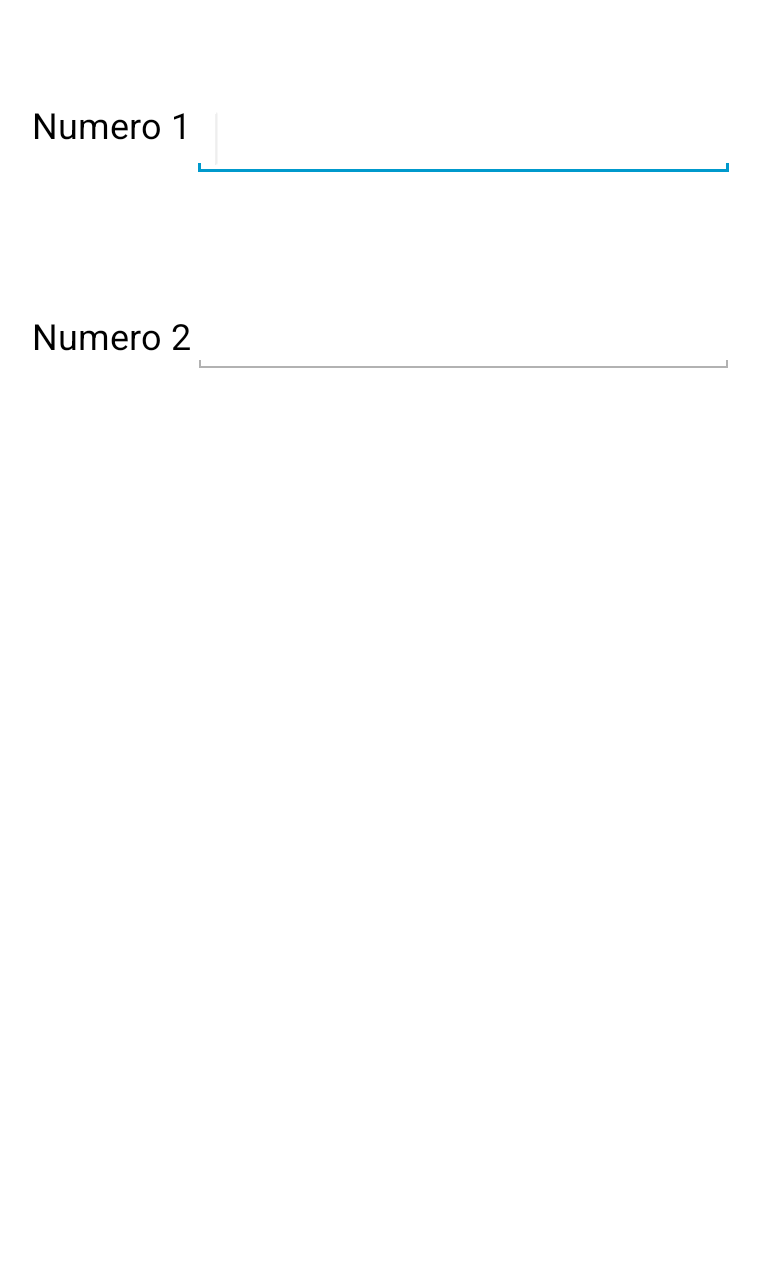
Repository: evervasquez/CursoAndroid
Layout: Precalculadora/res/layout/fragment_main.xml
The author's editor kept a copy of each file at every save. The layout is drawn from the files as they stood at one save, then again after the next save.
It is drawn on a 768 x 1280 px phone screen (xhdpi) without system bars, with theme AppTheme; the app's code is not run.

Above is the layout before, as saved 2014-04-29 03:29:11.

### Precalculadora/res/layout/fragment_main.xml
<LinearLayout xmlns:android="http://schemas.android.com/apk/res/android"
    xmlns:tools="http://schemas.android.com/tools"
    android:layout_width="match_parent"
    android:layout_height="match_parent"
    android:paddingBottom="@dimen/activity_vertical_margin"
    android:paddingLeft="@dimen/activity_horizontal_margin"
    android:paddingRight="@dimen/activity_horizontal_margin"
    android:paddingTop="@dimen/activity_vertical_margin"
    android:orientation="vertical"
    tools:context="com.android.precalculadora.MainActivity$PlaceholderFragment" >

    <RelativeLayout
        android:id="@+id/liner1"
        android:layout_width="fill_parent"
        android:layout_height="0dp"
        android:layout_weight="1"
        android:orientation="horizontal" >

        <EditText
            android:id="@+id/editText1"
            android:layout_width="wrap_content"
            android:layout_height="wrap_content"
            android:layout_alignParentRight="true"
            android:layout_alignTop="@+id/textView1"
            android:layout_toRightOf="@+id/textView1"
            android:ems="10"
            android:inputType="numberDecimal" >

            <requestFocus />
        </EditText>

        <TextView
            android:id="@+id/textView1"
            android:layout_width="wrap_content"
            android:layout_height="wrap_content"
            android:layout_alignParentLeft="true"
            android:layout_alignParentTop="true"
            android:layout_marginTop="34dp"
            android:text="@string/txt_num1"
            android:textAppearance="?android:attr/textAppearanceMedium" />

        <TextView
            android:id="@+id/textView2"
            android:layout_width="wrap_content"
            android:layout_height="wrap_content"
            android:layout_alignParentLeft="true"
            android:layout_centerVertical="true"
            android:text="@string/txt_num2"
            android:textAppearance="?android:attr/textAppearanceMedium" />

        <EditText
            android:id="@+id/editText2"
            android:layout_width="wrap_content"
            android:layout_height="wrap_content"
            android:layout_alignBaseline="@+id/textView2"
            android:layout_alignBottom="@+id/textView2"
            android:layout_alignLeft="@+id/editText1"
            android:layout_alignParentRight="true"
            android:ems="10"
            android:inputType="numberDecimal" />

    </RelativeLayout>

	<LinearLayout
	    android:id="@+id/liner2"
        android:layout_width="fill_parent"
        android:layout_height="0dp"
        android:layout_weight="1"
        android:orientation="vertical" >

		<TableLayout
		    android:id="@+id/table1"
		    android:layout_width="match_parent"
		    android:layout_height="match_parent" >

		</TableLayout>

    </LinearLayout>
</LinearLayout>

### Precalculadora/res/values/strings.xml
<?xml version="1.0" encoding="utf-8"?>
<resources>

    <string name="app_name">Precalculadora</string>
    <string name="hello_world">Hello world!</string>
    <string name="action_settings">Settings</string>
    <string name="txt_num1">Numero 1</string>
    <string name="txt_num2">Numero 2</string>

</resources>

Loaded but not shown: Precalculadora/res/values/styles.xml (common file); Precalculadora/res/values-v11/styles.xml (common file); Precalculadora/res/values-v14/styles.xml (common file); Precalculadora/res/values/dimens.xml (common file); Precalculadora/res/values-w820dp/dimens.xml (common file)

After the next save:
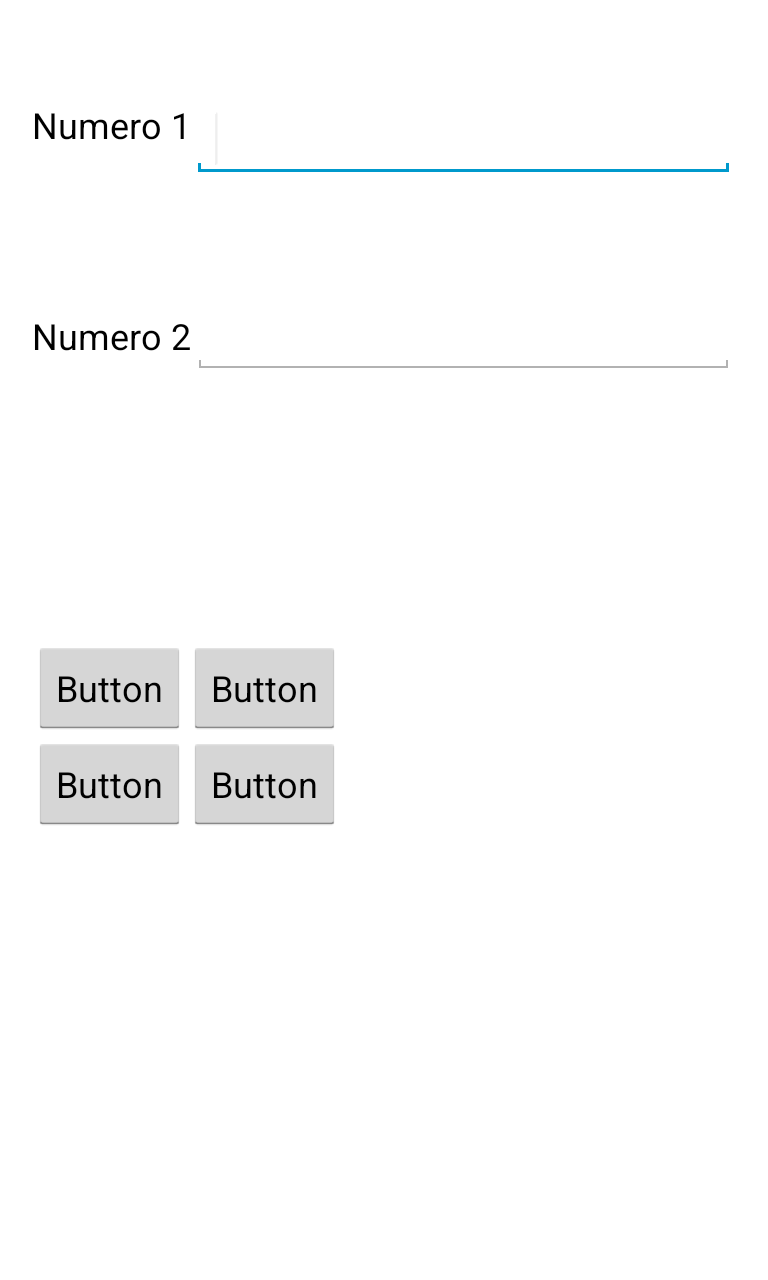
Saved 62 s later.
--- a/Precalculadora/res/layout/fragment_main.xml
+++ b/Precalculadora/res/layout/fragment_main.xml
@@ -73,6 +73,42 @@
 		    android:layout_width="match_parent"
 		    android:layout_height="match_parent" >
 
+			<TableRow
+			    android:id="@+id/tableRow1"
+			    android:layout_width="wrap_content"
+			    android:layout_height="wrap_content" >
+
+				<Button
+				    android:id="@+id/button1"
+				    android:layout_width="wrap_content"
+				    android:layout_height="wrap_content"
+				    android:text="Button" />
+
+				<Button
+				    android:id="@+id/button2"
+				    android:layout_width="wrap_content"
+				    android:layout_height="wrap_content"
+				    android:text="Button" />
+
+			</TableRow>
+		    <TableRow
+			    android:id="@+id/tableRow2"
+			    android:layout_width="wrap_content"
+			    android:layout_height="wrap_content" >
+
+				<Button
+				    android:id="@+id/button4"
+				    android:layout_width="wrap_content"
+				    android:layout_height="wrap_content"
+				    android:text="Button" />
+
+				<Button
+				    android:id="@+id/button3"
+				    android:layout_width="wrap_content"
+				    android:layout_height="wrap_content"
+				    android:text="Button" />
+
+			</TableRow>
 		</TableLayout>
 
     </LinearLayout>

After the save that followed:
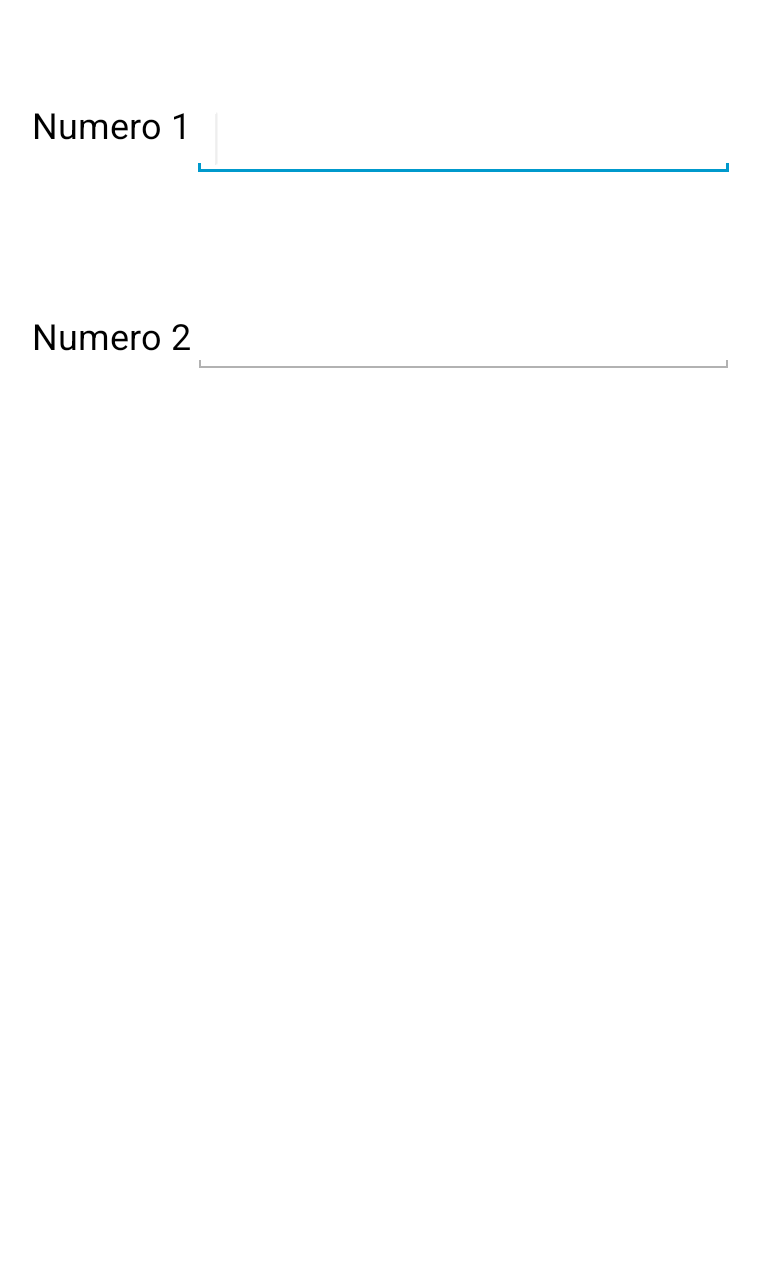
Saved 21 s later.
--- a/Precalculadora/res/layout/fragment_main.xml
+++ b/Precalculadora/res/layout/fragment_main.xml
@@ -68,48 +68,6 @@
         android:layout_weight="1"
         android:orientation="vertical" >
 
-		<TableLayout
-		    android:id="@+id/table1"
-		    android:layout_width="match_parent"
-		    android:layout_height="match_parent" >
-
-			<TableRow
-			    android:id="@+id/tableRow1"
-			    android:layout_width="wrap_content"
-			    android:layout_height="wrap_content" >
-
-				<Button
-				    android:id="@+id/button1"
-				    android:layout_width="wrap_content"
-				    android:layout_height="wrap_content"
-				    android:text="Button" />
-
-				<Button
-				    android:id="@+id/button2"
-				    android:layout_width="wrap_content"
-				    android:layout_height="wrap_content"
-				    android:text="Button" />
-
-			</TableRow>
-		    <TableRow
-			    android:id="@+id/tableRow2"
-			    android:layout_width="wrap_content"
-			    android:layout_height="wrap_content" >
-
-				<Button
-				    android:id="@+id/button4"
-				    android:layout_width="wrap_content"
-				    android:layout_height="wrap_content"
-				    android:text="Button" />
-
-				<Button
-				    android:id="@+id/button3"
-				    android:layout_width="wrap_content"
-				    android:layout_height="wrap_content"
-				    android:text="Button" />
-
-			</TableRow>
-		</TableLayout>
 
     </LinearLayout>
 </LinearLayout>
